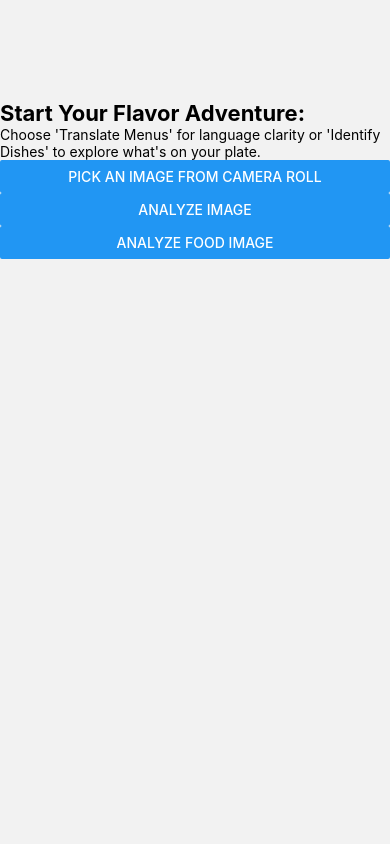
Repository: djdjdallas/taste-without-borders
Screen: /Home
An editor plug-in stored every save of this project. The screen is shown before and after the next save, followed by the edit.
The app was drawn by React Native's web renderer in a window 390 px wide. The project was rebuilt for these pictures with package versions that can differ from the ones it lists, and the page was loaded fresh each time.

Above is the screen before, as saved 2023-12-26 20:00:17.

After the next save:
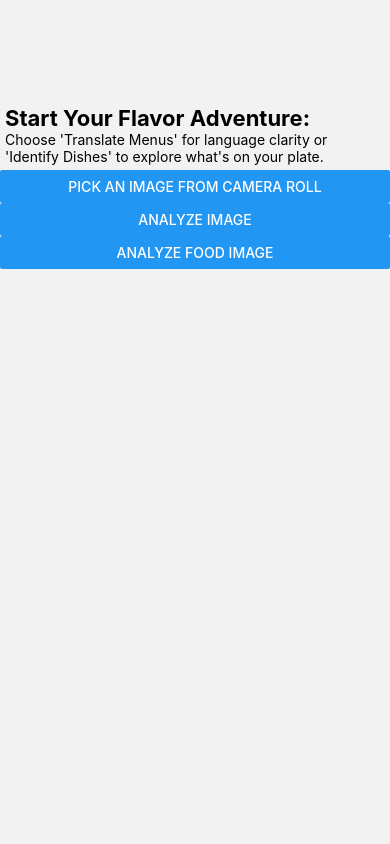
Saved 14 s later.
--- a/HomeScreen.js
+++ b/HomeScreen.js
@@ -154,7 +154,7 @@ const HomeScreen = () => {
 
   return (
     <View style={{ marginTop: 100 }}>
-      <View style={{ textAlign: "left" }}>
+      <View style={{ textAlign: "left", padding: 5 }}>
         <Text
           style={{
             fontSize: 22,
